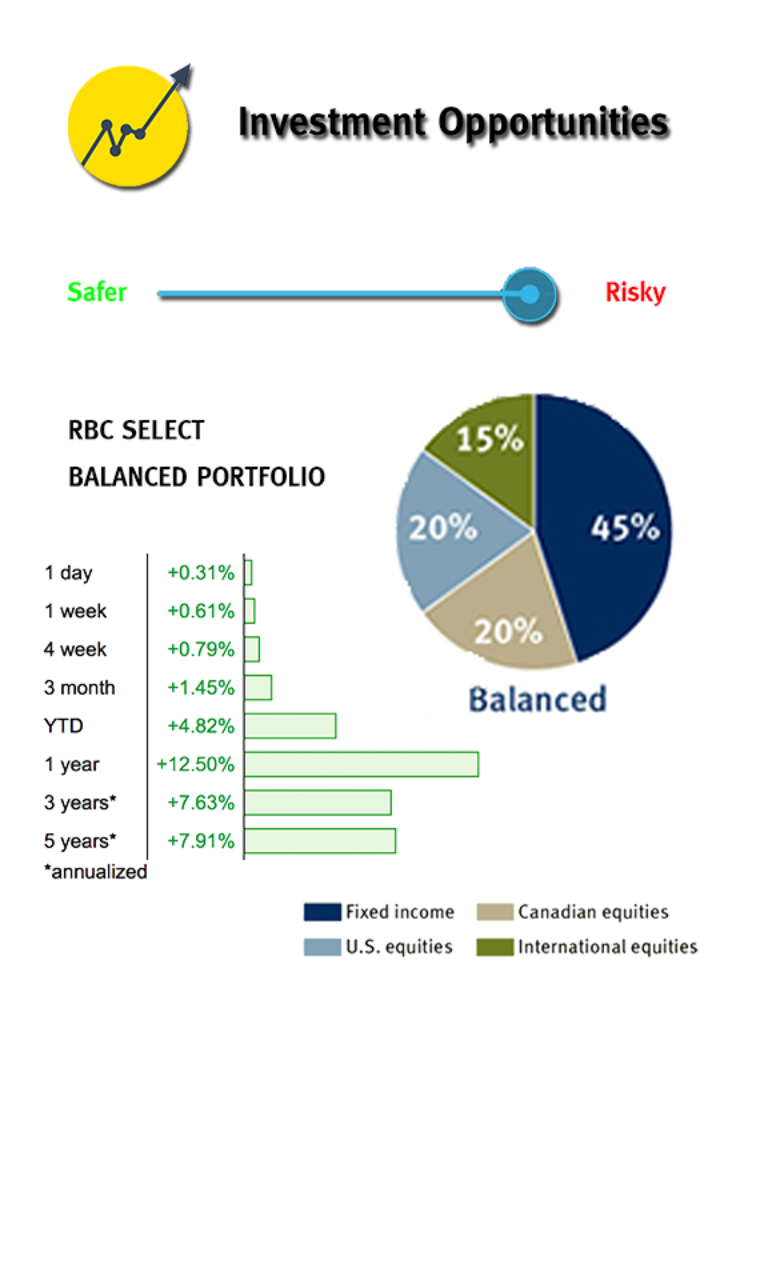
Repository: derek-zhan/RBCPrototypeChallenge
Layout: RBCPrototype/res/layout/fragment_investment.xml
The author's editor kept a copy of each file at every save. The layout is drawn from the files as they stood at one save, then again after the next save.
It is drawn on a 768 x 1280 px phone screen (xhdpi) without system bars, with theme AppTheme; the app's code is not run.

Above is the layout before, as saved 2014-06-07 04:22:12.

### RBCPrototype/res/layout/fragment_investment.xml
<?xml version="1.0" encoding="utf-8"?>
<LinearLayout xmlns:android="http://schemas.android.com/apk/res/android"
    android:layout_width="match_parent"
    android:layout_height="match_parent"
    android:orientation="vertical" >


    <ImageView
        android:layout_width="wrap_content"
        android:layout_height="wrap_content"
    	android:src="@drawable/s7"
	/>

    <TextView
        android:layout_width="wrap_content"
    	android:layout_height="wrap_content"
    	android:background="@drawable/suggestion_arbie_small"
    	android:text="Suggest mutual fund investment!"

        />
</LinearLayout>

Loaded but not shown: RBCPrototype/res/values/styles.xml (common file); RBCPrototype/res/values-v11/styles.xml (common file); RBCPrototype/res/values-v14/styles.xml (common file)

After the next save:
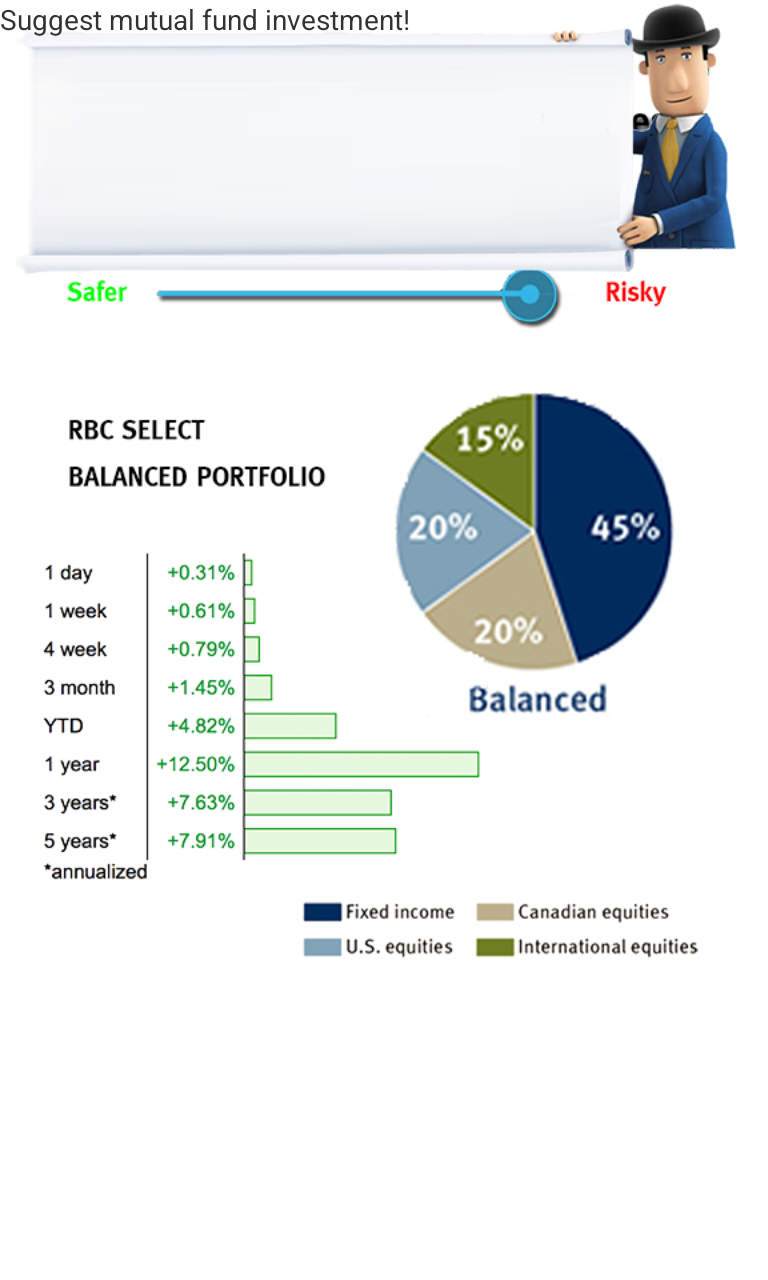
Saved 33 s later.
--- a/RBCPrototype/res/layout/fragment_investment.xml
+++ b/RBCPrototype/res/layout/fragment_investment.xml
@@ -1,5 +1,5 @@
 <?xml version="1.0" encoding="utf-8"?>
-<LinearLayout xmlns:android="http://schemas.android.com/apk/res/android"
+<FrameLayout xmlns:android="http://schemas.android.com/apk/res/android"
     android:layout_width="match_parent"
     android:layout_height="match_parent"
     android:orientation="vertical" >
@@ -18,4 +18,4 @@
     	android:text="Suggest mutual fund investment!"
 
         />
-</LinearLayout>
+</FrameLayout>
